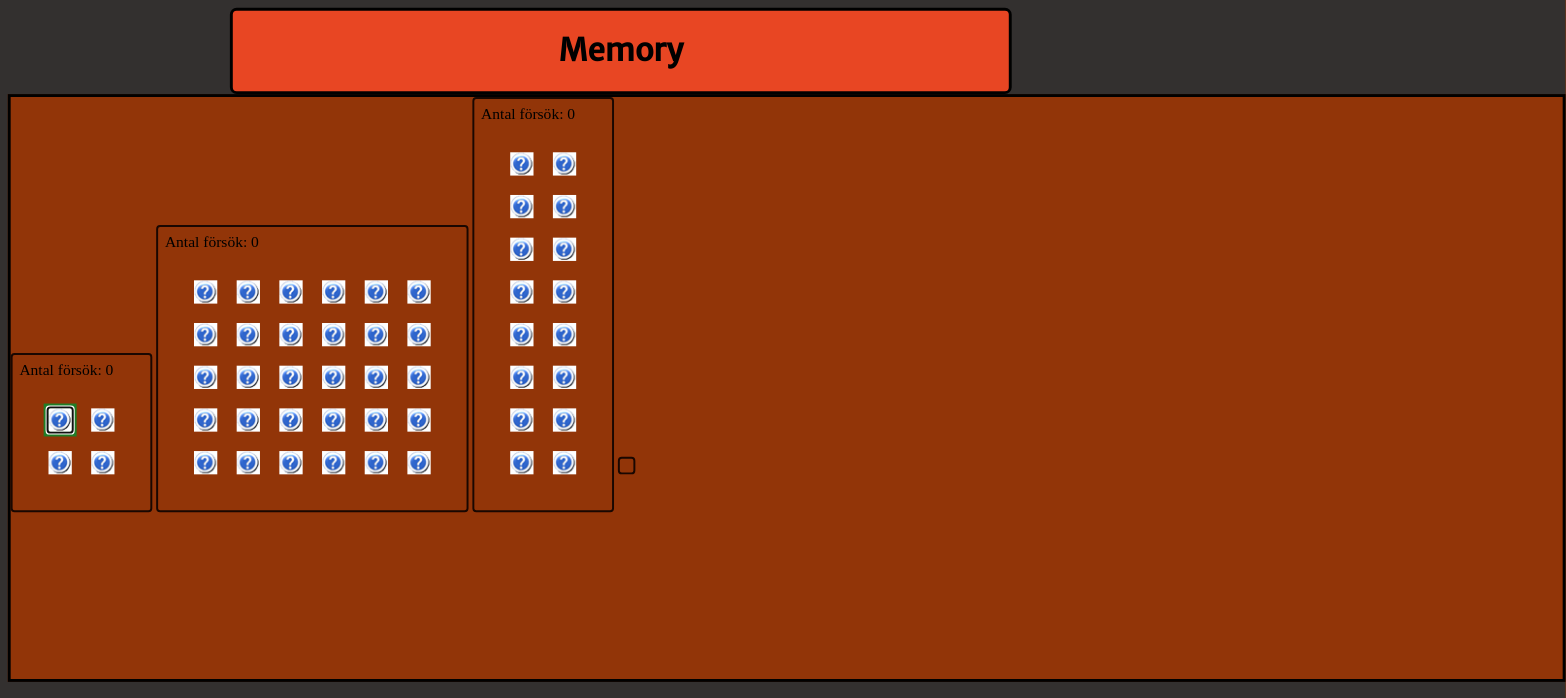
Repository: mi222eh/1dv403-laborationer
Page: 3-gameon/memory/index.html
The author's editor kept a record of every edit. The page is drawn from the files as they stood at one moment, then again after the next edit.
The browser window is 1280 px wide. The page is 1614 px wide, so the pictures cover 1614 px, including what lies to the right of the window. The pictures show the whole page, at 97% of full size.

Above is the page before.

After the next edit:
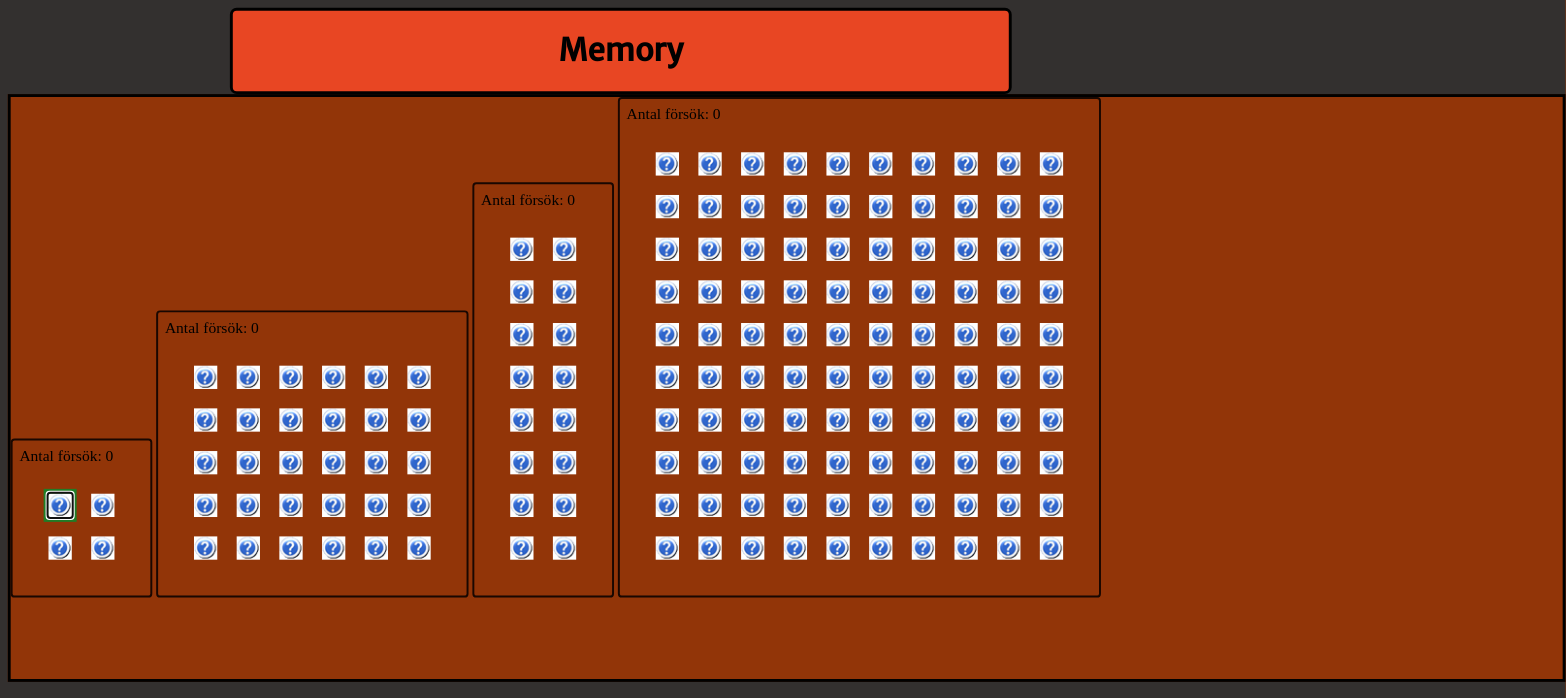
The edit:
--- a/3-gameon/memory/script/games.js
+++ b/3-gameon/memory/script/games.js
@@ -7,6 +7,7 @@
         game1.generateGame();
         game2.generateGame();
         game3.generateGame();
+        game4.generateGame();
 
         game1.focus();
     }
